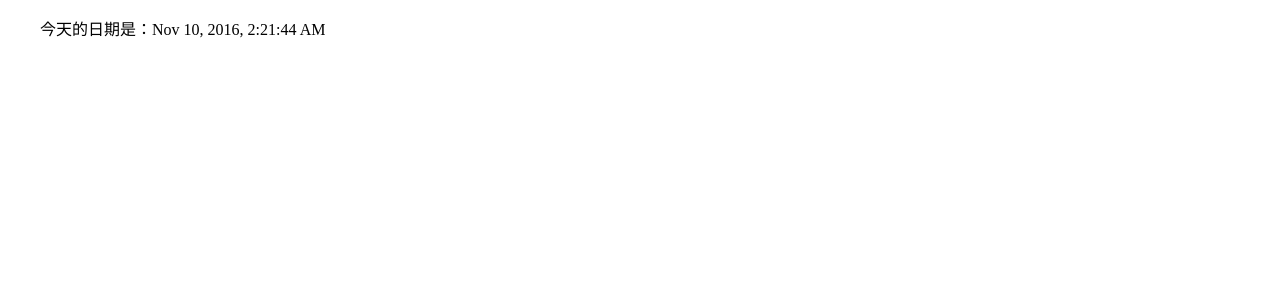
Repository: eterinfi/java
Page: http://localhost/JSPDemo/date.jsp
These files come from the project's save history. The page is drawn as it stood at one moment and after the next save; the edit follows.
The browser window is 1280 px wide. The pictures show the whole page.
The page is served by Tomcat 9.

Above is the page before, as saved 2016-11-12 11:54:43.

After the next save:
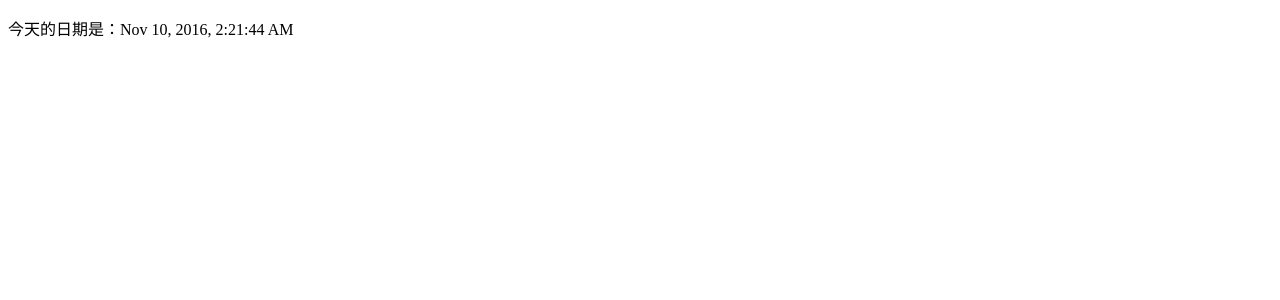
Saved 53 s later.
--- a/jee/JSPDemo/WebContent/date.jsp
+++ b/jee/JSPDemo/WebContent/date.jsp
@@ -7,8 +7,6 @@
   <title>菜鸟教程(runoob.com)</title>
 </head>
 <body>
-  <p>
-  　　今天的日期是：<%= (new java.util.Date()).toLocaleString()%>
-  </p>
+  <p>今天的日期是：<%= (new java.util.Date()).toLocaleString() %></p>
 </body>
 </html>
